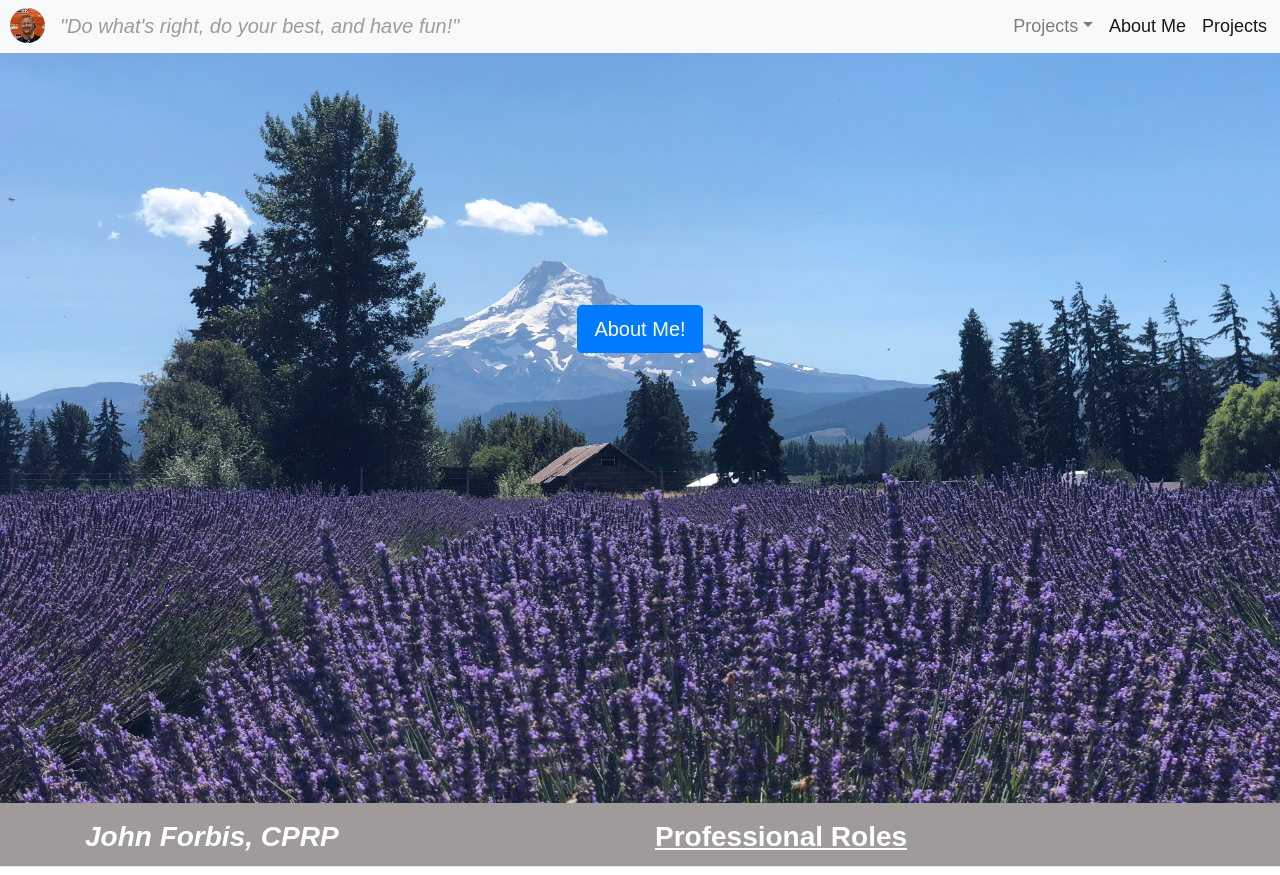
Repository: jforbis/john-forbis-data-analyst
Page: index.html
The author's editor kept a copy of each file at every save. The page is drawn from the files as they stood at one save, then again after the next save.
The browser window is 1280 px wide. The pictures show the part of the page from y = 0 to 875 px (the page is 1760 px tall).
A picture or video elsewhere on the page could not be fetched, so the positions and the page height are approximate. Backgrounds fixed to the window are drawn as part of the page.

Above is the page before, as saved 2021-03-31 23:29:18.

### index.html
<!DOCTYPE html>
<html lang="en">

<head>
<meta charset="UTF-8">
<title class="text">John Forbis, CPRP</title>
<!--Bootstrap style sheet-->
<link rel="stylesheet" href="https://stackpath.bootstrapcdn.com/bootstrap/4.3.1/css/bootstrap.min.css" integrity="sha384-ggOyR0iXCbMQv3Xipma34MD+dH/1fQ784/j6cY/iJTQUOhcWr7x9JvoRxT2MZw1T" crossorigin="anonymous">
<!--link to style sheet-->
<link rel="stylesheet" type="text/css" href="static/css/style.css">
</head>

<!--Top Nav Bar-->
<nav class="navbar-expand-lg navbar-light bg-light nav-color navbar nav">
    <a class="navbar-brand" href="about_me.html">
        <img class="headshot-sm" src="resources/images/headshot.jpg">
    </a>
    <a class="navbar-brand" id="tagline" href="index.html"> <i>"Do what's right, do your best, and have fun!"</i></a>
    <button class="navbar-toggler" type="button" data-bs-toggle="collapse" data-bs-target="#navbarSupportedContent"
        aria-controls="navbarSupportedContent" aria-expanded="false" aria-label="Toggle navigation">
        <span class="navbar-toggler-icon"></span>
    </button>
    <div class="collapse navbar-collapse justify-content-end" id="navbarSupportedContent">
        <div class="nav navbar-nav navbar-right">
            <ul class="navbar-nav me-auto mb-2 mb-lg-0">
                <li class="nav-item dropdown">
                    <a class="nav-link dropdown-toggle" href="#" id="navbarDropdown" role="button"
                        data-bs-toggle="dropdown" aria-expanded="false">Projects</a>
                    <ul class="dropdown-menu" aria-labelledby="navbarDropdown">
                        <a class="dropdown-item" href="#">Schooling</a>
                        <a class="dropdown-item" href="#">Career</a>
                        <a class="dropdown-item" href="#">Accolades</a>
                    </ul>
                </li>
                <li class="nav-item active">
                    <a class="nav-link" href="#">About Me </a>
                </li>
                <li class="nav-item active">
                    <a class="nav-link" href="#">Projects </a>
                </li>
            </ul>
        </div>
    </div>
</nav>

<div class="wrapper">
    <!-- <nav class="navbar navbar-default">
        <div class="container-fluid">
        <div class="navbar-header">
            <!-- <a class="navbar-brand" href="index.html">UFO Sightings
            <img class="nav-ufo" src="resources/images/headshot.jpg">
            </a> -->
        <!-- </div>
        </div>
    </nav> -->
    <div class="hero text-center">
        <h1 class="text"><b>JOHN FORBIS, CPRP</b></h1>
        <p><a class="btn btn-primary btn-lg" href="#me" role="button">About Me!</a></p>
    </div>

<body>
    <div class="container" style="margin-top: 20px">
        <div class="row">
            <div class="col" id="me">
                <strong><i>John Forbis, CPRP</i></strong>
            </div>
            <div class="col" id="pr">
                <strong><u>Professional Roles</u></strong>
            </div>
        </div>
    </div>
    <hr>
    <table>
        <tr>
            <td style="vertical-align:top;">
                <div class="card" style="width: 40rem; margin-top: 20px">
                    <div><img src="resources/images/headshot.jpg" class="headshot-md" alt="John Forbis"</div>
                    <div class="card-body">
                        <h5 class="card-title"><b>Who I Am:</b></h5>
                        <p class="card-text">
                        <div id="whoiam"><i><b>Data analyst with a passion for innovation, data analysis and keeping it fun!</b></i></div>
                        <br>
                        With a background in public service, facility management, and leadership of
                        muli-level teams as well as extensive training in both leadership and data analytics
                        through the Leadership Intensive program by The Changing Point and the University
                        of Kansas Data Analytics boot camp respectively, I would make a great addition
                        to any team. Acquired skills in: advanced Excel, Tableau, PowerBI, Python, Pandas, API calls,
                        SQL, Java Script, flask app, and Machine Learning.
                        <br><br>
                        I enjoy a good problem needing solved
                        and love to utilize data to tell the story. I am a proven innovator in my
                        career with a ‘can-do’ mindset; always searching for new and better solutions.
                        </p>
                    <a target=blank href="https://www.linkedin.com/in/john-forbis-cprp-96921513/" class="btn btn-primary">Connect with me!</a>
                    </div>
                </div>
            </td>
            <td style="vertical-align:bottom">
                <div class="second_card" style="width: 40rem;">
                        <div class="card-body">
                            <table style="margin-top: 39px">
                                <tr>
                                <td>
                                    <div class="career-card" style="width: 18rem;">
                                        <img class="card-img-career" src="resources/images/cp.png" alt="CivicPlus">
                                        <div class="career-card-body">
                                        <h5 class="career-title">CivicPlus</h5>
                                        <p class="career-text">Implementation Consultant</p>
                                        <a target=new href="https://www.civicplus.com/" class="btn btn-primary">Learn about CivicPlus</a>
                                        </div>
                                    </div>
                                </td>
                                    <td>
                                        <div class="career-card" style="width: 18rem;">
                                            <img class="card-img-career" src="resources/images/Lenexa.jpg" alt="City of Lenexa" style="padding: 28.6px">
                                            <div class="career-card-body">
                                            <h5 class="career-title">City of Lenexa</h5>
                                            <p class="career-text">Rec Center Manager</p>
                                            <a target=new href="https://www.lenexa.com/government/departments___divisions/recreation_center" class="btn btn-primary">Learn about LRC</a>
                                            </div>
                                        </div>
                                    </td>
                                </tr>
                                <tr>
                                    <td>Member Services Supervisor
                                        <a href="visualizations/cloudiness.html">
                                            <img src="Resources/assets/images/Fig3.png" class="card-img-top" alt="...">
                                    </a>
                                    </td>
                                    <td>Recreation Services Manager
                                        <a href="visualizations/windspeed.html">
                                            <img src="Resources/assets/images/Fig3.png" class="card-img-top" alt="...">
                                        </a>
                                    </td>
                                </tr>
                                <tr>
                                    <td>Recreation Specialist
                                        </br>
                                        </br>
                                        </br>
                                        </br>
                                        </br>
                                        </br>
                                        </br>
                                        </br>
                                        </br>
                                    </td>
                                </tr>
                                <tr>
                                    <td></td>
                                </tr>
                                <tr>
                                    <td></td>
                                </tr>
                                <tr>
                                    <td></td>
                                </tr>
                                <tr>
                                    <td></td>
                                </tr>
                                <tr>
                                    <td></td>
                                </tr>
                                <tr>
                                    <td></td>
                                </tr>
                            </table>
                        </div>
                </div>
            </td>
        </tr>
    </table>
</div>
</body>

<!--<table>
    <tr>
      <th>Month</th>
      <th>Savings</th>
    </tr>
    <tr>
      <td>January</td>
      <td>$100</td>
    </tr>
    <tr>
      <td>February</td>
      <td>$80</td>
    </tr>
    <tr>
      <td colspan="2">Sum: $180</td>
    </tr>
  </table>-->

### static/css/style.css
/* Styling for HTML elements */
body {
padding: 0;
margin: 0;
font-family: Georgia, "Times New Roman", Times, serif;
font-size: 18px;
line-height: 150%;
color: rgb(255, 255, 255);
background: #9f9b9b;
}

#me {
    font-size: 28px;
    text-align: calc(right - 5px);
}

#pr {
    font-size: 28px;
    text-align: calc(center + 15px);
}

#career-img {
    width: 30px;
}
.dropdown {
position: relative;
display: inline-block;
}

.dropdown-menu {
display: none;
position: absolute;
background-color: #f9f9f9;
min-width: 160px;
box-shadow: 0px 8px 16px 0px rgba(0,0,0,0.2);
padding: 12px 16px;
z-index: 1;
}

.dropdown:hover .dropdown-menu {
display: block;
}

h1 {
padding: 15px;
margin: 10px;
color: white
}

h3 {
margin-left: 35px;
color: white;
font-size: 16px
}

hr {
height: 12px;
background-color: white
}

.card {
color: #9f9b9b;
font-size: 14px;
margin-left: 40px;
margin-top: top;
border-color: #9f9b9b;
vertical-align: text-top
}

.card-body {
    margin-top: 100px;
}

.career-card-body {
    margin-top: 10px;
    padding: 20px;
}

.career-card {
    color: #9f9b9b;
    font-size: 14px;
    background-color: white;
    margin-top: top;
    margin-right: 20px;
    border-color: #9f9b9b;
    vertical-align: text-top;
    position: relative;
    display: flex;
    flex-direction: column;
    min-width: 0;
    word-wrap: break-word;
    background-clip: border-box;
    border: 1px solid rgba(0,0,0,.125);
    border-radius: .25rem;
    }

#whoiam {
    text-align: center;
    color: #70A6E4;
    font-size: 16px
}
.second_card {
margin-top: -140px;
margin-left: 40px
}

.card-img-top {
width: 50%;
height: auto;
}

.card-title {
font-size: 18px;
}

.career-text {
    text-align: center;
    font-size: 18px;
    font-style: italic;
}

h5.career-title {
    text-align: center;
}

.top_row {
position: sticky;
top: 0;
background-color: #353A3F;
}

.navbar-expand-lg navbar-light bg-light nav-color navbar nav {
position: sticky;
top: 0;
}

* {
box-sizing: border-box;
font-family: Ubuntu, sans-serif;
}

html,
body {
height: 100%;
padding: 0;
margin: 0;
}

/* The wrapper contains all of the page's content besides the footer, which is pushed to the bottom of the page */
.wrapper {
position: relative;
min-height: 100%;
padding-bottom: 130px;
overflow: auto;
}

/* The footer is positioned at the bottom of the page */
.footer {
position: absolute;
right: 0;
bottom: 0;
left: 0;
min-height: 100px;
background: #4e5d6c;
}

/* The code styles the text at the bottom of the footer */
.footer > .bottom {
position: absolute;
right: 0;
bottom: 0;
left: 0;
padding: 5px;
background: #1b3146;
}

.navbar {
padding: 5px;
margin: 0;
}

/* This CSS styles the photo in the navbar */
.headshot-sm {
position: absolute;
bottom: 10px;
left: 10px;
width: 35px;
color: white;
border-radius: 50%!important;
}

/* This CSS styles the photo in the 'Who I Am' card' */
.headshot-md {
    position: absolute;
    width: 20%;
    left: 20px;
    top: 20px;
    color: black;
    margin-bottom: 20px;
    border-radius: .25rem!important;
    }

.card-img-career{
    border-top-left-radius: calc(.25rem - 1px);
    border-top-right-radius: calc(.25rem - 1px);
    max-width: 80%;
    max-height: 100px;
    margin-left: auto;
    margin-right: auto;
    margin-top: 25px;
    /* position: relative;
    background-color: #FFFFFF;
    color: black;
    width: 250px;
    height: 250px;
    padding: 20px;
    display: inline-block;
    vertical-align: middle */
}


#tagline {
    position: absolute;
    left: 60px;
    font-family: verdana;
    color: #9f9b9b;
}

/* Adding styles to the aside and filter form */
.ufo-form {
margin-top: 50px;
}

.filters .panel-body {
padding: 0;
}

.filters {
margin-top: 10px;
}

select {
display: block;
width: 100%;
padding: 8px;
color: #8e979f;
outline: none;
}

#table-area th {
text-align: center;
}

#table-area th:first-child,
#table-area th:nth-child(2),
#table-area th:nth-child(6) {
min-width: 70px;
}

.loader {
margin-top: 50px;
}

.margin-top-50 {
margin-top: 50px;
}

/* The styles for the parallax */
.hero {
position: relative;
height: 750px;
padding: 10px;
margin: 0;
background-image: url("../../resources/images/IMG_1779.jpg");
background-attachment: fixed;
background-position: bottom center;
background-size: cover;
}

.hero h1 {
margin-top: 200px;
font-size: 0.1rem;
animation: title 1.2s forwards linear;
}

.hero p {
font-size: 2rem;
opacity: 0;
animation: subtitle 1.2s forwards linear;
animation-delay: 1.2s;
}

/* input placeholder color changes */
/* .form-control::-webkit-input-placeholder {
/* Chrome/Opera/Safari */
/* color: #8e979f; */
/* } */ */

/* .form-control::-moz-placeholder { */
/* Firefox 19+ */
/* color: #8e979f; */
/* } */

/* .form-control:-ms-input-placeholder { */
/* IE 10+ */
/* color: #8e979f; */
}

/* .form-control:-moz-placeholder { */
/* Firefox 18- */
/* color: #8e979f;
} */

/* media queries which will only be activated at specific screen sizes */
@media (max-width: 800px) {
#table-area td {
    font-size: 1em;
}
}

@media (max-width: 500px) {
#table-area thead {
    display: none;
}

#table-area tr td:first-child {
    font-size: 1.8em;
    font-weight: bold;
    background: #1b3146;
}

#table-area tr td:last-child {
    margin-bottom: 20px;
}

#table-area tr td:last-child::after {
    display: block;
    width: 100%;
    height: 1px;
    margin-top: 20px;
    content: " ";
    background: aliceblue;
}

#table-area td {
    font-size: 1.25em;
}

#table-area tbody td {
    display: block;
    text-align: center;
}

#table-area tbody td::before {
    display: block;
    font-size: 1.4em;
    font-weight: bold;
    text-align: center;
    content: attr(data-th);
}

.hero h1 {
    animation: smaller-title 1.2s forwards linear;
}
}

/* keyframe animations which will be used to animate the title */
@keyframes title {
from {
    opacity: 0;
}

to {
    font-size: 7.5rem;
    opacity: 1;
}
}

@keyframes smaller-title {
from {
    opacity: 0;
}

to {
    font-size: 5.5rem;
    opacity: 1;
}
}

@keyframes subtitle {
from {
    opacity: 0;
}

to {
    opacity: 1;
}
}

After the next save:
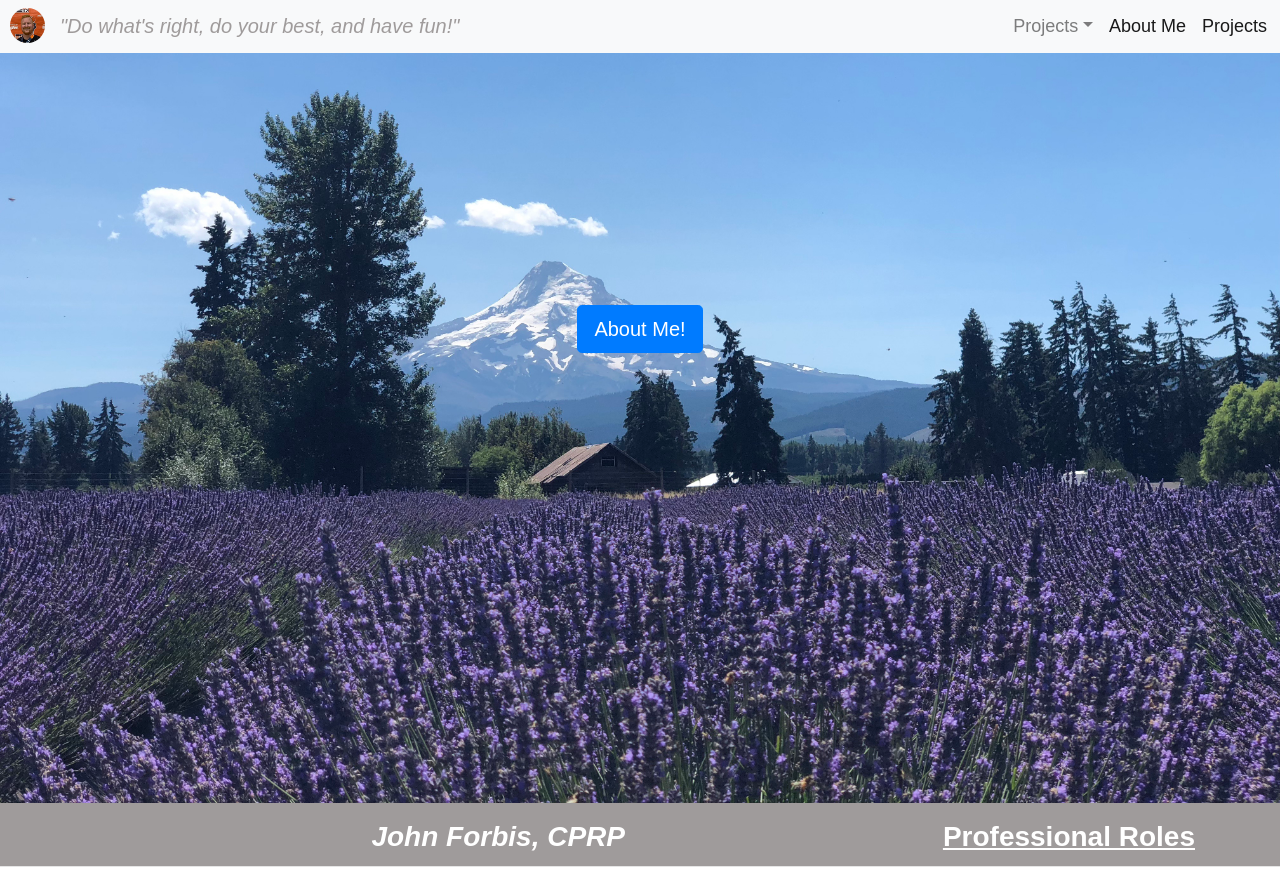
Saved 25 s later.
--- a/static/css/style.css
+++ b/static/css/style.css
@@ -11,12 +11,12 @@
 
 #me {
     font-size: 28px;
-    text-align: calc(right - 5px);
+    text-align: right;
 }
 
 #pr {
     font-size: 28px;
-    text-align: calc(center + 15px);
+    text-align: right;
 }
 
 #career-img {
